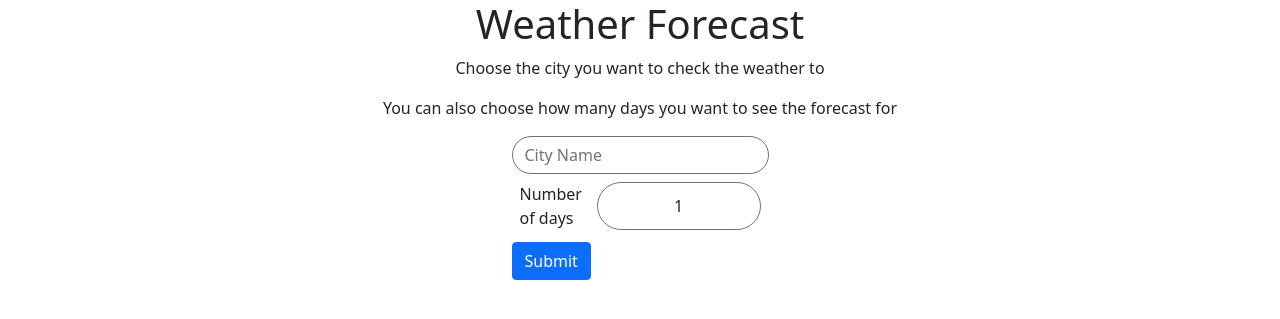
Repository: DimitrisDoxopoulos/my-own-weather-app
Page: /
An editor plug-in stored every save of this project. The page is shown before and after the next save, followed by the edit.
The browser window is 1280 px wide. The pictures show the whole page.
The project was rebuilt for these pictures with package versions that can differ from the ones it lists, and the page was loaded fresh each time.

Above is the page before, as saved 2021-06-03 18:38:58.

After the next save:
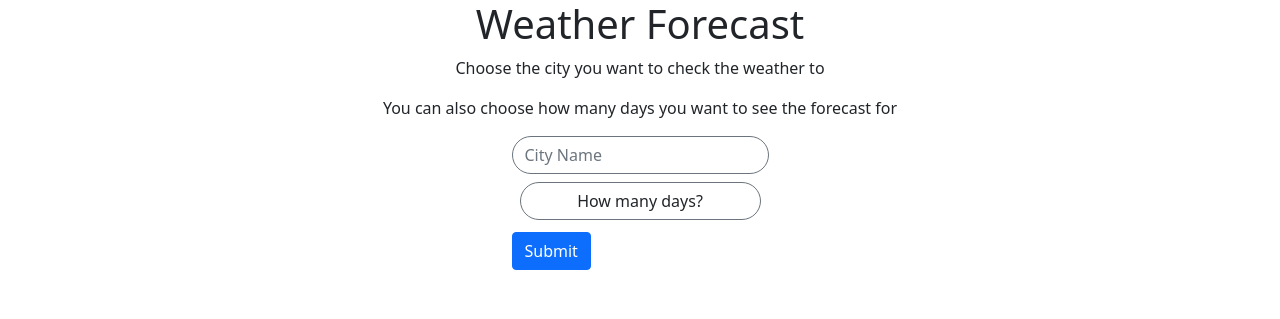
Saved 20 s later.
--- a/src/components/Form.js
+++ b/src/components/Form.js
@@ -8,8 +8,8 @@ const Form = () => {
                     <input type="text" className="form-control border-secondary rounded-pill" id="exampleFormControlInput1" placeholder="City Name" />
                 </div>
                 <div className="form-group d-flex p-2">
-                   <label for="exampleFormControlSelect1">Number of days</label>
                     <select className="form-control border-secondary rounded-pill text-center" id="exampleFormControlSelect1">
+                        <option selected>How many days?</option>
                         <option value="1">1</option>
                         <option value="2">2</option>
                         <option value="3">3</option>
